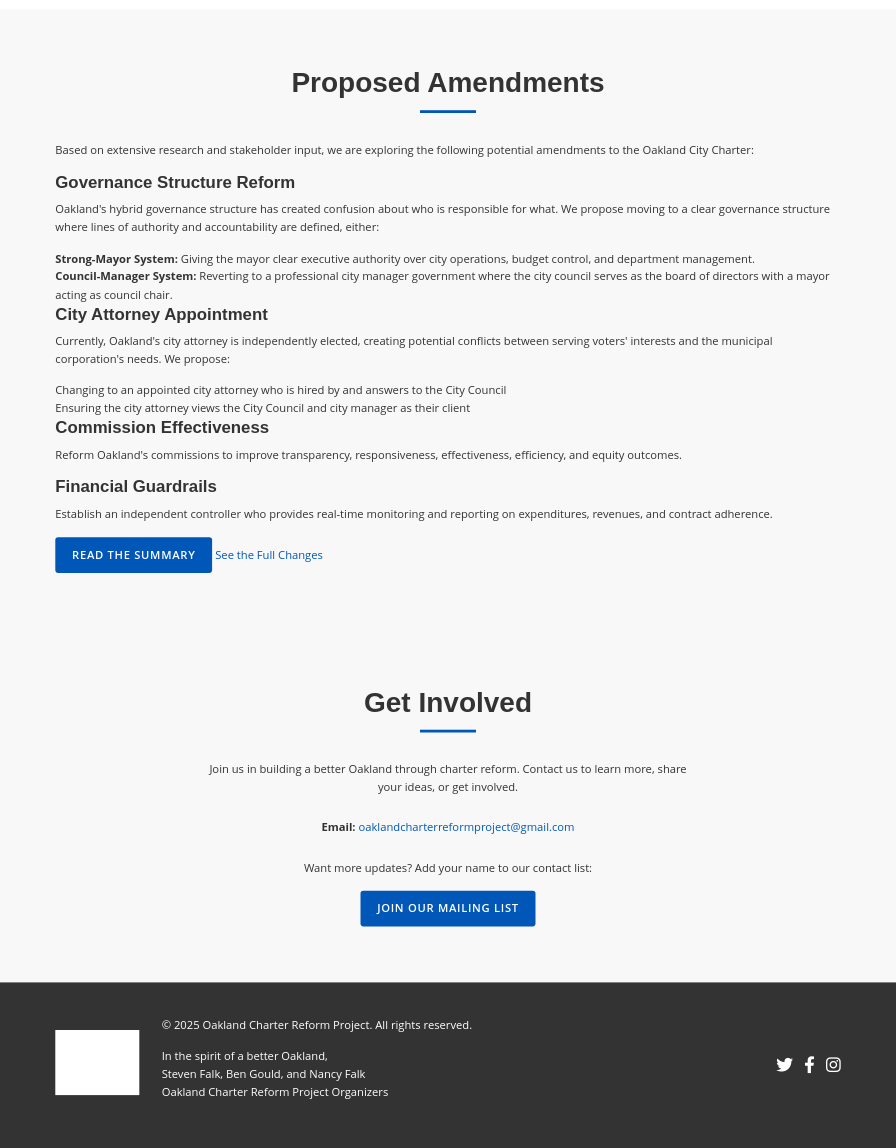
Repository: bgould132/oaklandcharterreform
Page: index.html
These files come from the project's save history. The page is drawn as it stood at one moment and after the next save; the edit follows.
The browser window is 1280 px wide. The pictures show the part of the page from y = 3239 to 5159 px (the page is 4879 px tall before and 5236 px after), at 70% of full size.

Above is the page before, as saved 2025-04-07 09:56:57.

After the next save:
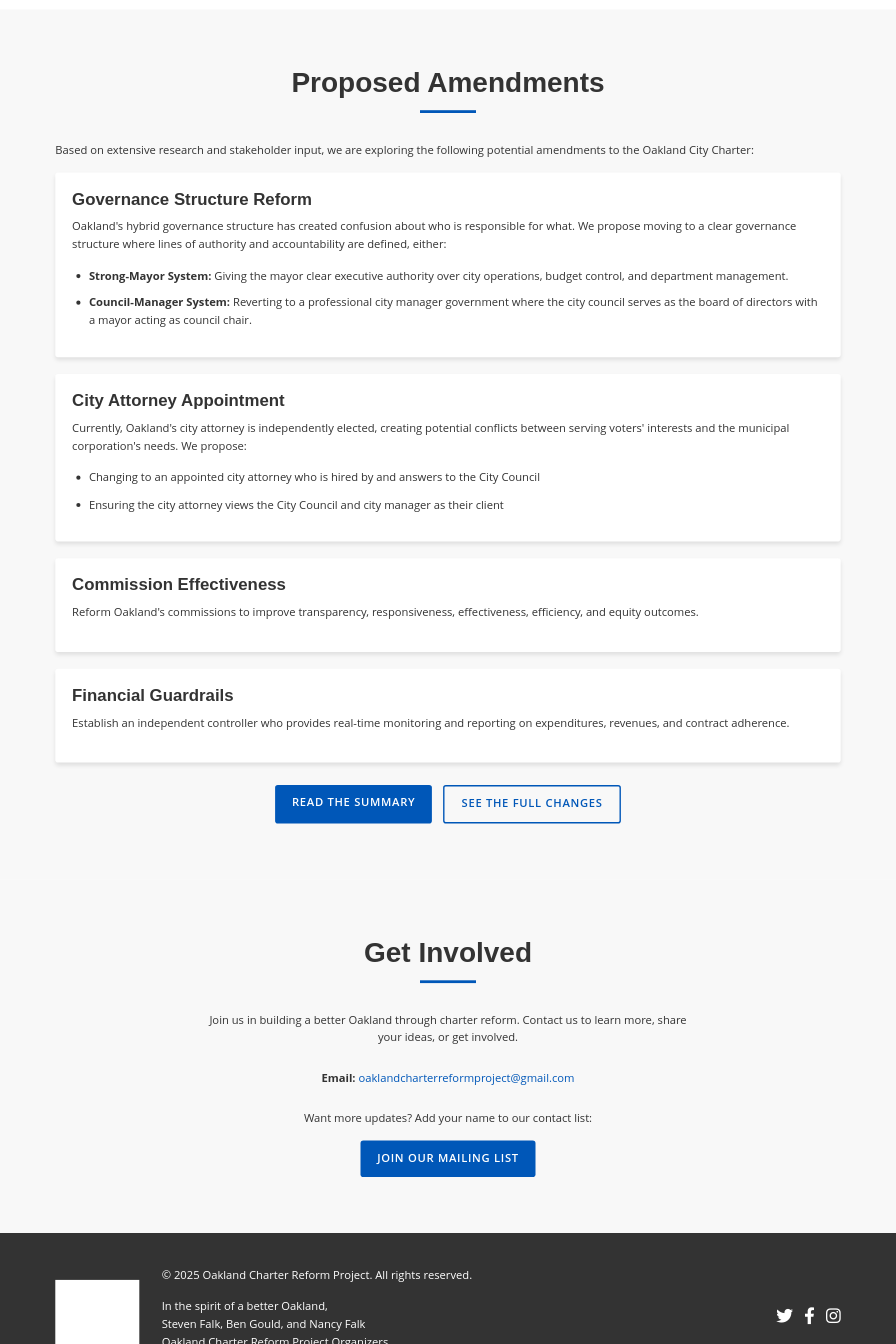
Saved 14 s later.
--- a/css/styles.css
+++ b/css/styles.css
@@ -559,3 +559,50 @@ footer {
         padding: 1rem 0;
     }
 }
+
+/* Amendment Section */
+.amendment-card {
+    background-color: white;
+    padding: 1.5rem;
+    border-radius: var(--border-radius);
+    box-shadow: var(--box-shadow);
+    margin-bottom: 1.5rem;
+}
+
+.amendment-list {
+    list-style-type: disc;
+    padding-left: 1.5rem;
+    margin: 1rem 0;
+}
+
+.amendment-list li {
+    margin-bottom: 0.8rem;
+}
+
+.buttons-container {
+    display: flex;
+    gap: 1rem;
+    justify-content: center;
+    margin-top: 2rem;
+    flex-wrap: wrap;
+}
+
+.outline-button {
+    display: inline-block;
+    background-color: transparent;
+    color: var(--primary-color);
+    border: 2px solid var(--primary-color);
+    padding: 0.8rem 1.5rem;
+    border-radius: var(--border-radius);
+    font-weight: 600;
+    text-transform: uppercase;
+    letter-spacing: 1px;
+    transition: var(--transition);
+}
+
+.outline-button:hover {
+    background-color: var(--primary-color);
+    color: var(--light-text);
+    transform: translateY(-2px);
+    box-shadow: var(--box-shadow);
+}
